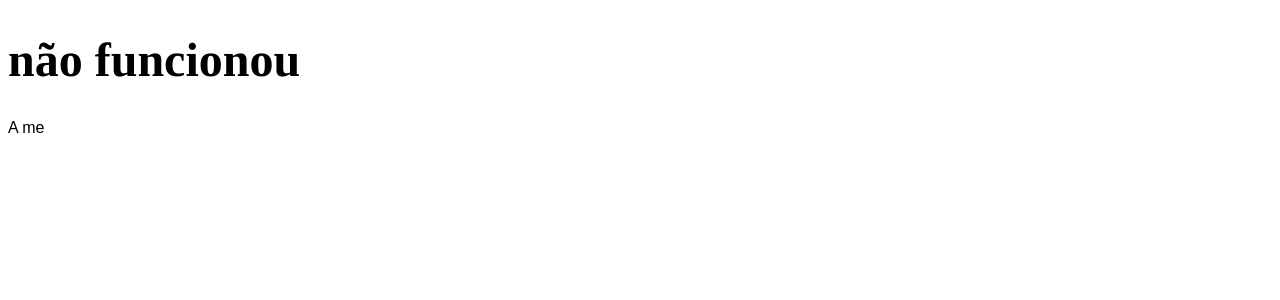
Repository: Codigo404q/html-css
Page: exercicios/ex018/fonte02.html
An editor plug-in stored every save of this project. The page is shown before and after a run of saves, followed by the edit.
The browser window is 1280 px wide. The pictures show the whole page.
Some web fonts or font styles are not loaded; a fallback is used.

Above is the page before, as saved 2023-11-03 22:46:12.

After the next 2 saves:
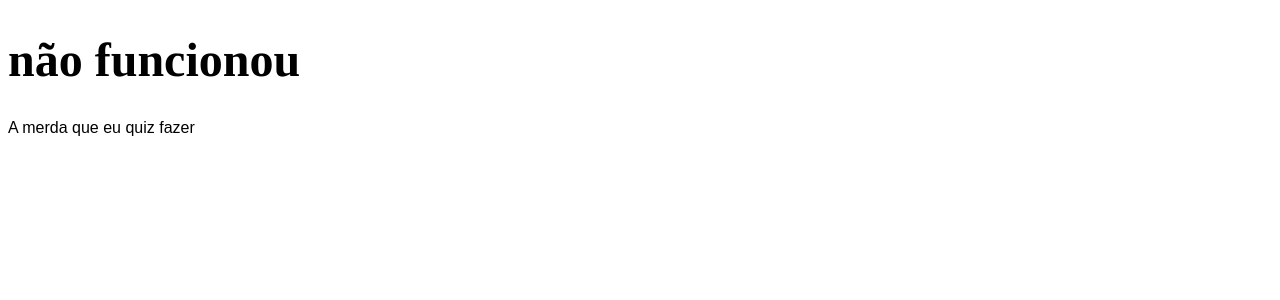
The 2 saves are shown as one change because they came seconds apart.
The last was saved 9 s later.
--- a/exercicios/ex018/fonte02.html
+++ b/exercicios/ex018/fonte02.html
@@ -31,7 +31,7 @@
 </head>
 <body>
     <h1>não funcionou</h1>
-    <p>A me</p>
+    <p>A merda que eu quiz fazer <b></b></p>
 
 </body>
 </html>
